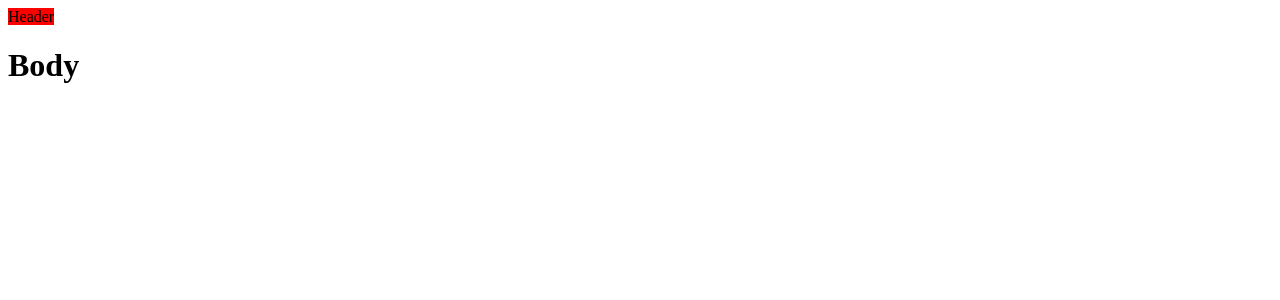
Repository: okuma0090/samurai_HTML-CSS
Page: index.html
The author's editor kept a record of every edit. The page is drawn from the files as they stood at one moment, then again after the next edit.
The browser window is 1280 px wide. The pictures show the whole page.

Above is the page before.

After the next edit:
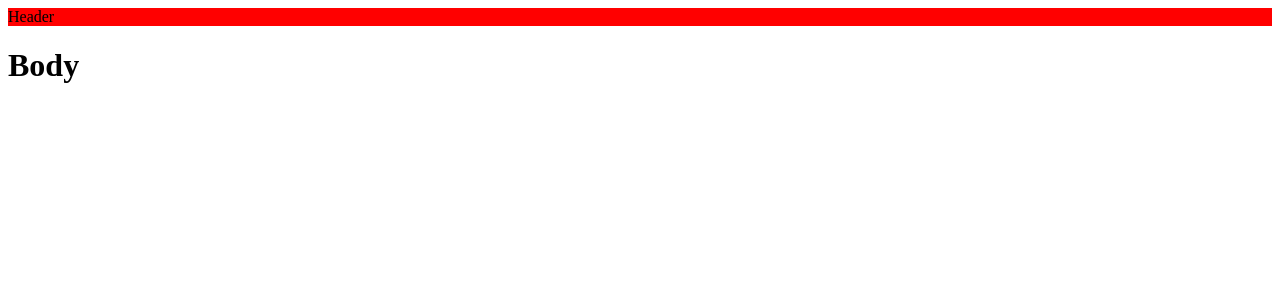
The edit:
--- a/index.html
+++ b/index.html
@@ -7,7 +7,7 @@
     </style>
     </head>
 <body>
-   <dive id="header">
+   <div id="header">
        Header
        </div>
 <h1>Body</h1>
